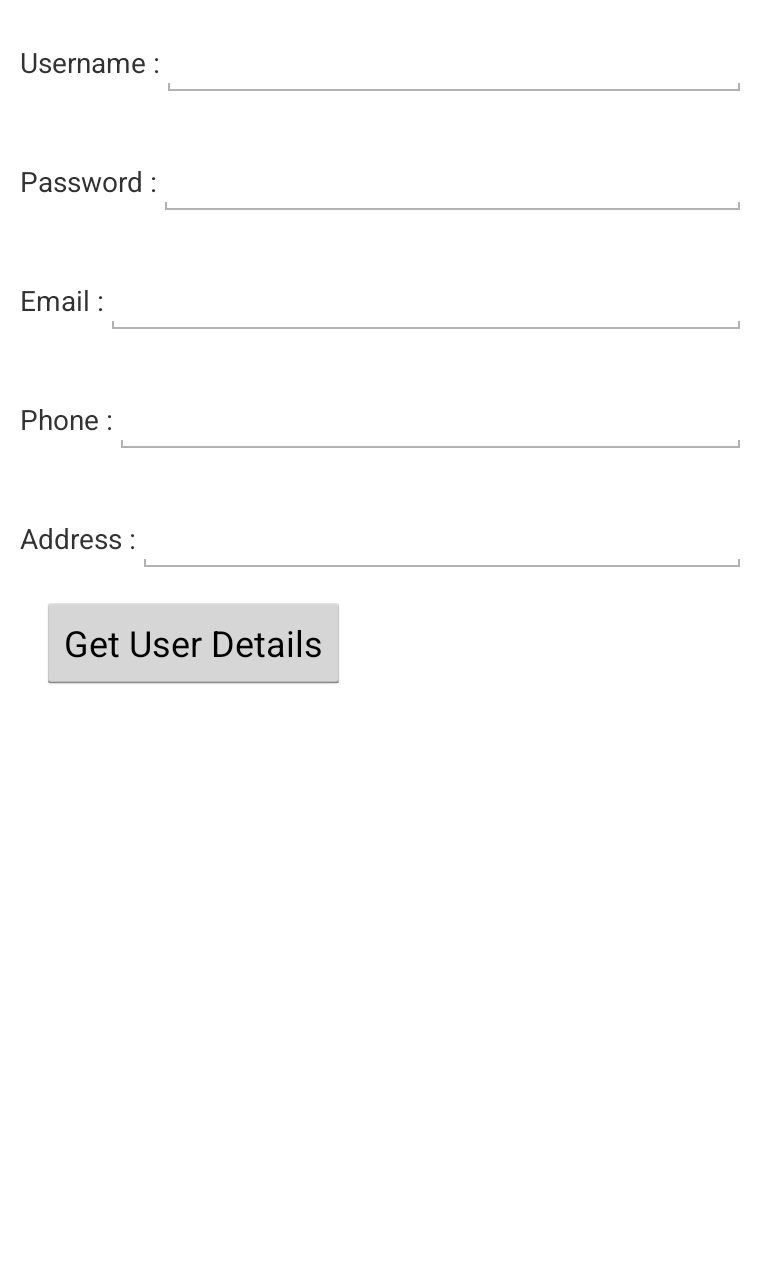
Repository: LakshmiKalyani93/AndroidTraining
Layout: UserInfo/res/layout/info.xml
The author's editor kept a copy of each file at every save. The layout is drawn from the files as they stood at one save, then again after the next save.
It is drawn on a 768 x 1280 px phone screen (xhdpi) without system bars, with theme AppTheme; the app's code is not run.

Above is the layout before, as saved 2014-09-09 08:45:33.

### UserInfo/res/layout/info.xml
<?xml version="1.0" encoding="utf-8"?>
<LinearLayout xmlns:android="http://schemas.android.com/apk/res/android"
    android:layout_width="match_parent"
    android:layout_height="match_parent"
    android:orientation="vertical"

    >

    <LinearLayout
        android:id="@+id/user_layout"
        android:layout_width="match_parent"
        android:layout_height="wrap_content"
        android:padding="10dp" >

        <TextView
            android:id="@+id/user_txt"
            android:layout_width="wrap_content"
            android:layout_height="wrap_content"
            android:text="@string/username" />

        <EditText
            android:id="@+id/user_edt"
            android:layout_width="match_parent"
            android:layout_height="wrap_content"
            android:inputType="text" />
    </LinearLayout>

    <LinearLayout
        android:id="@+id/pwd_layout"
        android:layout_width="match_parent"
        android:layout_height="wrap_content"
        android:padding="10dp" >

        <TextView
            android:id="@+id/pwd_txt"
            android:layout_width="wrap_content"
            android:layout_height="wrap_content"
            android:text="@string/pwd" />

        <EditText
            android:id="@+id/pwd_edt"
            android:layout_width="match_parent"
            android:layout_height="wrap_content"
            android:inputType="text"
            android:password="true" />
    </LinearLayout>
    <LinearLayout
        android:id="@+id/email_layout"
        android:layout_width="match_parent"
        android:layout_height="wrap_content"
        android:padding="10dp" >

        <TextView
            android:id="@+id/email_txt"
            android:layout_width="wrap_content"
            android:layout_height="wrap_content"
            android:text="@string/email" />

        <EditText
            android:id="@+id/email_edt"
            android:layout_width="match_parent"
            android:layout_height="wrap_content"
            android:inputType="text" />
    </LinearLayout>
    <LinearLayout
        android:id="@+id/phn_layout"
        android:layout_width="match_parent"
        android:layout_height="wrap_content"
        android:padding="10dp" >

        <TextView
            android:id="@+id/phn_txt"
            android:layout_width="wrap_content"
            android:layout_height="wrap_content"
            android:text="@string/phn" />

        <EditText
            android:id="@+id/phn_edt"
            android:layout_width="match_parent"
            android:layout_height="wrap_content"
            android:inputType="text" />
    </LinearLayout>
    <LinearLayout
        android:id="@+id/address_layout"
        android:layout_width="match_parent"
        android:layout_height="wrap_content"
        android:padding="10dp" >

        <TextView
            android:id="@+id/address_txt"
            android:layout_width="wrap_content"
            android:layout_height="wrap_content"
            android:text="@string/address" />

        <EditText
            android:id="@+id/address_edt"
            android:layout_width="match_parent"
            android:layout_height="wrap_content"
            android:inputType="text" />
    </LinearLayout>

    <Button
        android:id="@+id/user_btn"
        android:layout_width="wrap_content"
        android:layout_height="wrap_content"
        android:text="@string/user"
        android:layout_marginLeft="20dp"
        />

</LinearLayout>

### UserInfo/res/values/strings.xml
<resources>

    <string name="app_name">UserInfo</string>
    <string name="user">Get User Details</string>
        <string name="username">Username : </string>
        <string name="pwd">Password : </string>
        <string name="email">Email : </string>
        <string name="phn">Phone : </string>
        <string name="address">Address : </string>



</resources>

Loaded but not shown: UserInfo/res/values/styles.xml (common file); UserInfo/res/values-v11/styles.xml (common file); UserInfo/res/values-v14/styles.xml (common file)

After the next save:
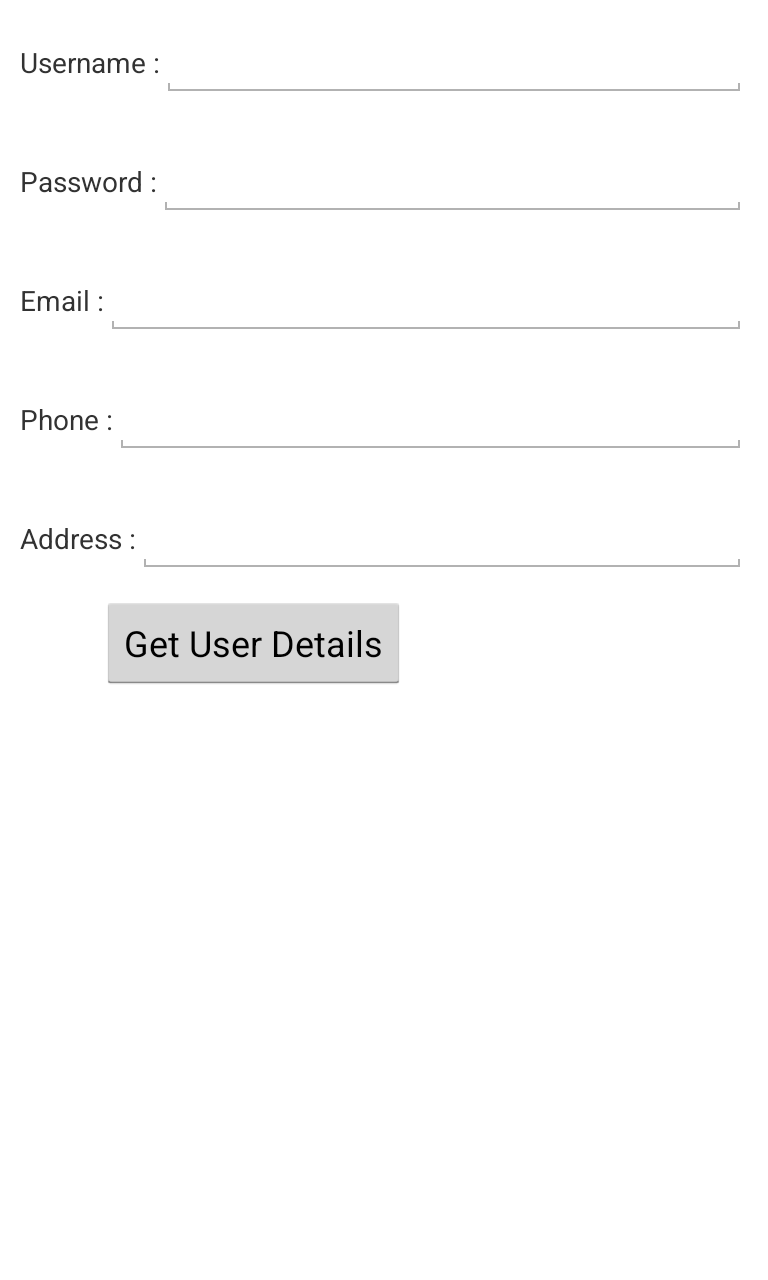
Saved 12 s later.
--- a/UserInfo/res/layout/info.xml
+++ b/UserInfo/res/layout/info.xml
@@ -104,7 +104,7 @@
         android:layout_width="wrap_content"
         android:layout_height="wrap_content"
         android:text="@string/user"
-        android:layout_marginLeft="20dp"
+        android:layout_marginLeft="50dp"
         />
 
 </LinearLayout>
